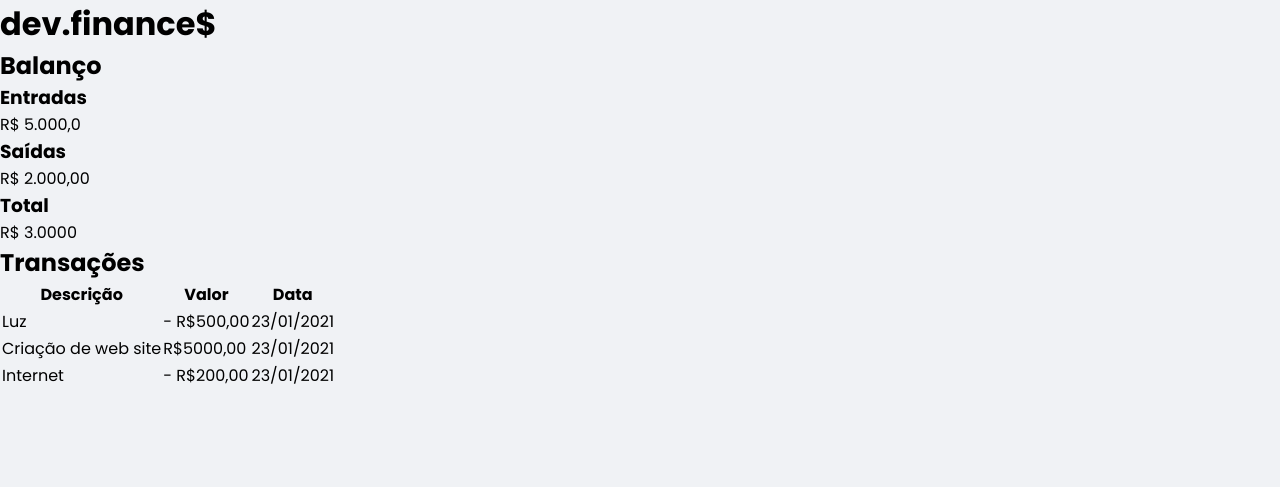
Repository: rafaelmgr12/maratona-dev01
Page: index.html
The author's editor kept a copy of each file at every save. The page is drawn from the files as they stood at one save, then again after the next save.
The browser window is 1280 px wide. The pictures show the whole page.

Above is the page before, as saved 2021-04-26 20:10:43.

After the next save:
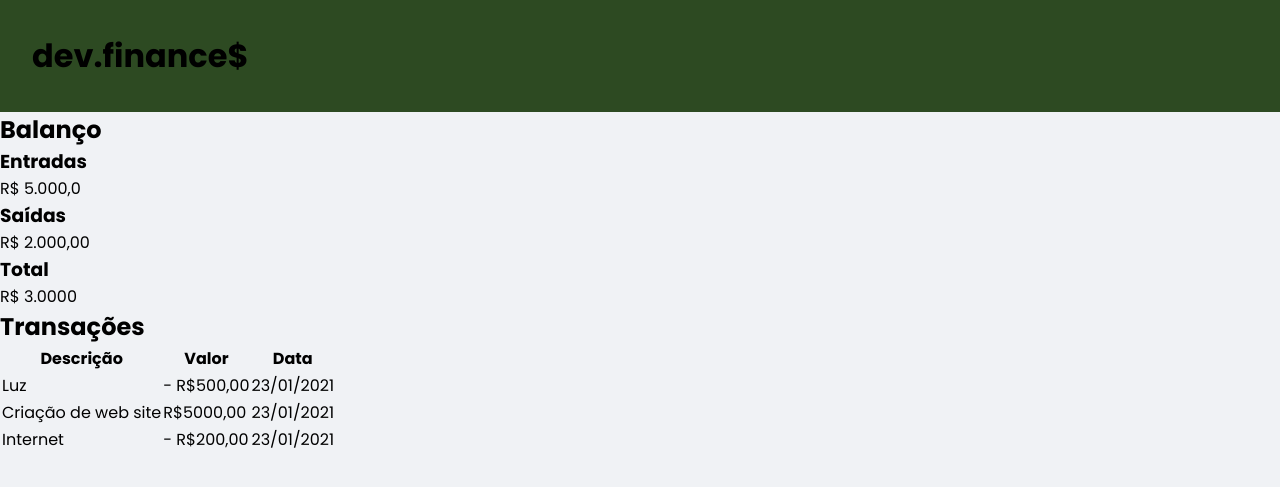
Saved 73 s later.
--- a/style.css
+++ b/style.css
@@ -10,6 +10,8 @@ body{
 }
 /* Header ======================================== */
 header{
+    background: #2d4a22;
+    padding: 2rem;
 
 }
 
